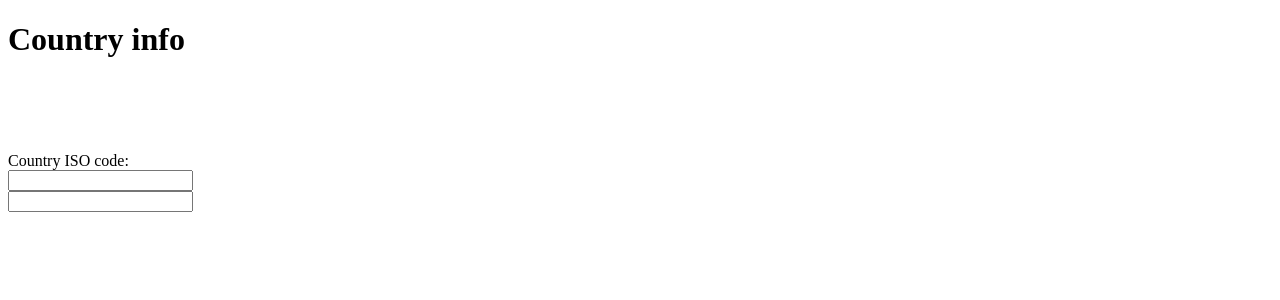
Repository: ObradovicNikola/pmf-rzk-part2
Page: http://localhost/CountryInfoWEB/
These files come from the project's save history. The page is drawn as it stood at one moment and after the next save; the edit follows.
The browser window is 1280 px wide. The pictures show the whole page.
The page is served by Tomcat 9. Other server files are loaded and not shown.

Above is the page before, as saved 2022-12-12 20:30:33.

### CountryInfoWEB/src/main/webapp/index.jsp
<%@ page language="java" contentType="text/html; charset=UTF-8"
    pageEncoding="UTF-8"%>
<%@ taglib prefix = "c" uri = "http://java.sun.com/jsp/jstl/core" %>
<!DOCTYPE html>
<html>
<head>
<meta charset="UTF-8">
<title>Country info</title>
</head>
<body>

	<h1>Country info</h1>

	<br />
	<br />
	<c:if test="${ !empty msg }">
            ${ msg }
    </c:if>
	<br />
	<br />

	<form action="CountryInfoServlet">
		<label>Country ISO code: </label>
		<br />
		<input type="text" name="isoCode" />
		<br />
		<input type=""
	</form>


	<br />


</body>
</html>

After the next save:
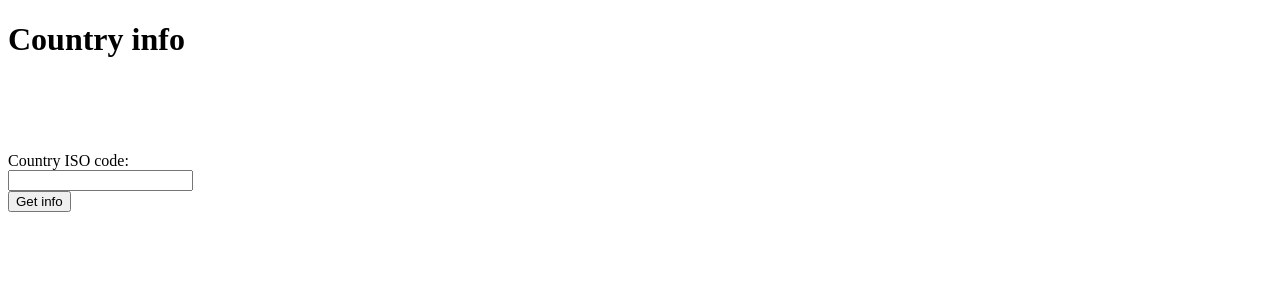
Saved 7 s later.
--- a/CountryInfoWEB/src/main/webapp/index.jsp
+++ b/CountryInfoWEB/src/main/webapp/index.jsp
@@ -1,6 +1,6 @@
 <%@ page language="java" contentType="text/html; charset=UTF-8"
-    pageEncoding="UTF-8"%>
-<%@ taglib prefix = "c" uri = "http://java.sun.com/jsp/jstl/core" %>
+	pageEncoding="UTF-8"%>
+<%@ taglib prefix="c" uri="http://java.sun.com/jsp/jstl/core"%>
 <!DOCTYPE html>
 <html>
 <head>
@@ -20,11 +20,8 @@
 	<br />
 
 	<form action="CountryInfoServlet">
-		<label>Country ISO code: </label>
-		<br />
-		<input type="text" name="isoCode" />
-		<br />
-		<input type=""
+		<label>Country ISO code: </label> <br /> <input type="text"
+			name="isoCode" /> <br /> <input type="submit" value="Get info" />
 	</form>
 
 
